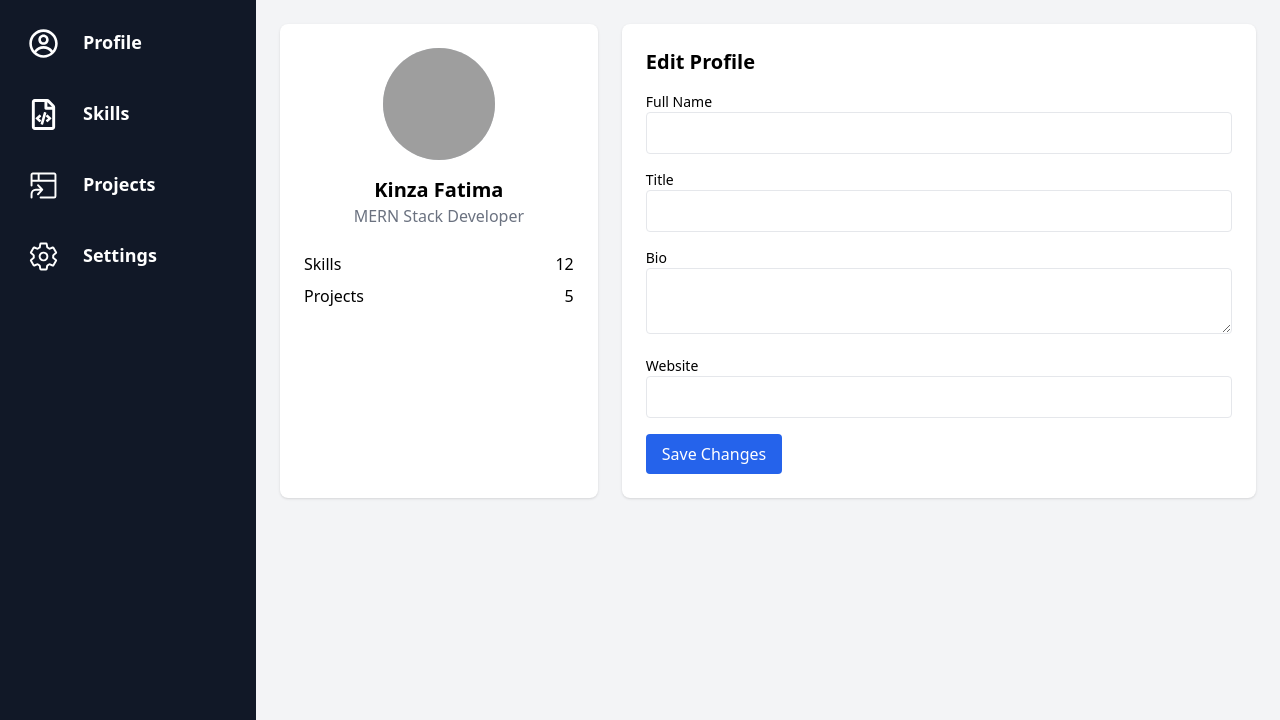
Repository: alizey12/DevLinker-Developer-Portfolio-Builder
Page: /dashboard/profile
These files come from the project's save history. The page is drawn as it stood at one moment and after a run of saves; the edit follows.
The browser window is 1280 px wide. The pictures show the whole page.
Pictures or frames that could not be fetched are drawn as grey boxes. The project was rebuilt for these pictures with package versions that can differ from the ones it lists, and the page was loaded fresh each time. Also part of the build but not shown: vite.config.js, src/Pages/Login.jsx, src/Pages/Signup.jsx, src/Pages/Portfolio.jsx, src/Pages/Page404.jsx, src/Pages/Dashboard/Skills.jsx, src/Pages/Dashboard/Project.jsx, src/Pages/Dashboard/Setting.jsx.

Above is the page before, as saved 2025-06-28 21:53:17.

### src/main.jsx
import { StrictMode } from 'react'

import { createRoot } from 'react-dom/client'
import './index.css'
import App from './App.jsx'
import { BrowserRouter } from 'react-router'

createRoot(document.getElementById('root')).render(
  <StrictMode>
  <BrowserRouter>
    <App />
    </BrowserRouter>
  </StrictMode>,
)

### src/App.jsx
import AppRoutes from "./Routes/AppRoutes";

function App() {
  return (
    <>
<AppRoutes />
    </>
  )
}

export default App

### src/Routes/AppRoutes.jsx
import React from 'react';
import { Routes, Route } from 'react-router';

import DashboardLayout from '../Components/Layout/DashboardLayout';
import Login from '../Pages/Login';
import Signup from '../Pages/Signup';
import Portfolio from '../Pages/Portfolio';
import Page404 from "../Pages/Page404";

import Profile from '../Pages/Dashboard/Profile';
import Skills from '../Pages/Dashboard/Skills';
import Projects from '../Pages/Dashboard/Project';
import Settings from '../Pages/Dashboard/Setting';

const AppRoutes = () => {
  return (
    <Routes>
      {/* Public Routes */}
      <Route path='/' element={<Login />} />
      <Route path='/signup' element={<Signup />} />
      <Route path='/portfolio/:username' element={<Portfolio />} />

      {/* Dashboard Routes */}
      <Route path='/dashboard' element={<DashboardLayout />}>
        <Route path="profile" element={<Profile />} />
        <Route path="skills" element={<Skills />} />
        <Route path="projects" element={<Projects />} />
        <Route path="settings" element={<Settings />} />
      </Route>

      {/* 404 Page */}
      <Route path='*' element={<Page404 />} />
    </Routes>
  );
};

export default AppRoutes;

### src/Components/Layout/DashboardLayout.jsx
import React from 'react'
import { Outlet } from 'react-router'
import Sidebar from '../Sidebar'

const DashboardLayout = () => {
  return (
    <div className="flex min-h-screen">
      {/* Sidebar on the left */}
      <Sidebar />

      {/* Main content */}
      <main className="flex-1 p-6 bg-gray-100">
        <Outlet />
      </main>
    </div>
  )
}

export default DashboardLayout

### src/Pages/Dashboard/Profile.jsx
import React, { useState } from 'react'



const Profile = () => {
  const [name, setName] = useState('');
  const [bio, setBio] = useState('');
  const [title, setTitle] = useState('');
  const [website, setWebsite] = useState('');
  const [savedProfile, setsavedProfile] = useState();

  function handleSubmit(e) {
    e.preventDefault()
    console.log(name,bio,title,website)
  }
  return (
    <div className="flex flex-col md:flex-row gap-6">
      {/* Left: Profile Card */}
      <div className="w-full md:w-1/3 bg-white p-6 rounded-lg shadow">
        <img
          src="https://static.vecteezy.com/system/resources/previews/036/473/336/original/ai-generated-asian-girl-as-a-modern-day-tech-entrepreneur-on-transparent-background-png.png"
          alt="Avatar"
          className="w-28 h-28 bg-gray-300 rounded-full mx-auto"
        />
        <h2 className="text-center text-xl font-semibold mt-4">Kinza Fatima</h2>
        <p className="text-center text-gray-500">MERN Stack Developer</p>

        {/* Stats */}
        <div className="mt-6 space-y-2">
          <div className="flex justify-between">
            <span>Skills</span>
            <span>12</span>
          </div>
          <div className="flex justify-between">
            <span>Projects</span>
            <span>5</span>
          </div>
        </div>
      </div>

      {/* Right: Edit Form */}
      <div className="w-full md:w-2/3 bg-white p-6 rounded-lg shadow">
        <h2 className="text-xl font-semibold mb-4">Edit Profile</h2>
        <form className="space-y-4">
          <div>
            <label className="block text-sm font-medium">Full Name</label>
            <input value={name} onChange={(e)=>setName(e.target.value)} type="text" className="w-full border p-2 rounded" />
          </div>
          <div>
            <label className="block text-sm font-medium">Title</label>
            <input value={title} onChange={(e)=>setTitle(e.target.value)} type="text" className="w-full border p-2 rounded" />
          </div>
          <div>
            <label className="block text-sm font-medium">Bio</label>
            <textarea value={bio} onChange={(e)=>setBio(e.target.value)} className="w-full border p-2 rounded"></textarea>
          </div>
          <div>
            <label className="block text-sm font-medium">Website</label>
            <input value={website} onChange={(e)=>setWebsite(e.target.value)} type="url" className="w-full border p-2 rounded" />
          </div>
          <button onClick={handleSubmit} className="bg-blue-600 text-white px-4 py-2 rounded">Save Changes</button>
        </form>
      </div>
    </div>
  )
}

export default Profile

### src/Components/Sidebar.jsx
import React from 'react'
import { NavLink } from 'react-router'
import { CgProfile } from "react-icons/cg";
import { FaRegFileCode } from "react-icons/fa";
import { GoProjectSymlink } from "react-icons/go";
import { IoSettingsOutline } from "react-icons/io5";

const Sidebar = () => {
  return (
    <div>
      <aside className="w-64 min-h-screen bg-gray-900 text-white p-4">
  <ul className="space-y-4">
    <li className='flex '><CgProfile className='p-3' size={55}/> <NavLink className='p-3 font-semibold text-lg' to="profile">Profile</NavLink></li>
    <li className='flex'><FaRegFileCode className='p-3' size={55}/> <NavLink className='p-3 font-semibold text-lg'  to="skills">Skills</NavLink></li>
    <li className='flex'><GoProjectSymlink  className='p-3' size={55}/> <NavLink className='p-3 font-semibold text-lg'  to="projects">Projects</NavLink> </li>
    <li className='flex'><IoSettingsOutline className='p-3' size={55} /> <NavLink className='p-3 font-semibold text-lg'  to="settings">Settings</NavLink></li>
  </ul>
</aside>

    </div>
  )
}

export default Sidebar

Loaded but not shown: index.html (common file); src/index.css (common file); tailwind.config.js (common file)

After the next 3 saves:
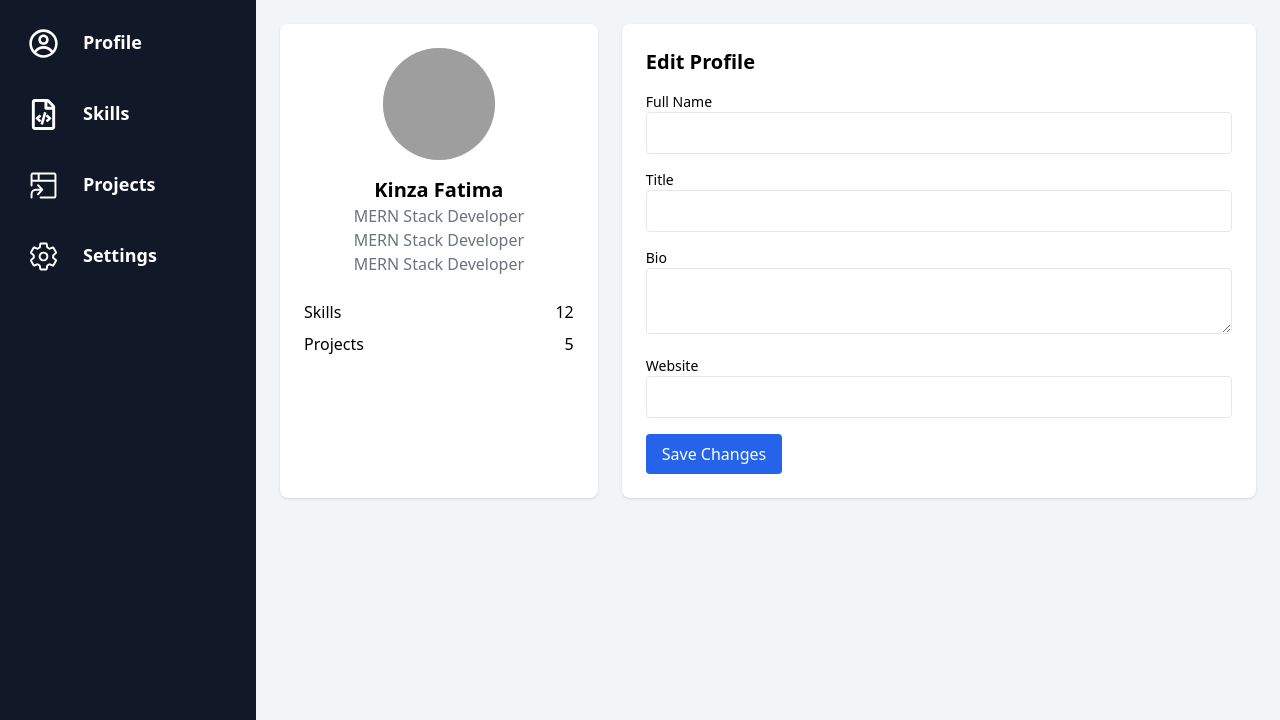
The 3 saves are shown as one change because they came seconds apart.
The last was saved 96 s later.
--- a/src/Pages/Dashboard/Profile.jsx
+++ b/src/Pages/Dashboard/Profile.jsx
@@ -24,6 +24,9 @@
         />
         <h2 className="text-center text-xl font-semibold mt-4">Kinza Fatima</h2>
         <p className="text-center text-gray-500">MERN Stack Developer</p>
+        <p className="text-center text-gray-500">MERN Stack Developer</p>
+        <p className="text-center text-gray-500">MERN Stack Developer</p>
+
 
         {/* Stats */}
         <div className="mt-6 space-y-2">

After the save that followed:
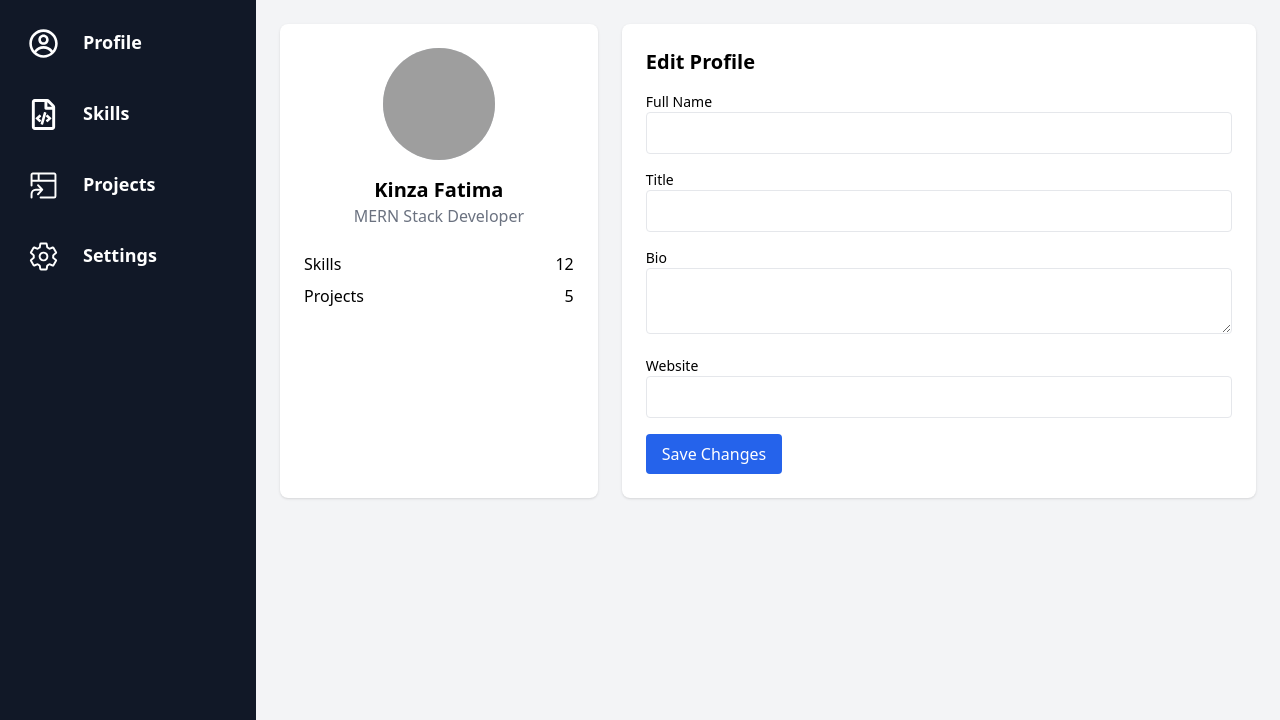
Saved 8 s later.
--- a/src/Pages/Dashboard/Profile.jsx
+++ b/src/Pages/Dashboard/Profile.jsx
@@ -24,8 +24,8 @@
         />
         <h2 className="text-center text-xl font-semibold mt-4">Kinza Fatima</h2>
         <p className="text-center text-gray-500">MERN Stack Developer</p>
-        <p className="text-center text-gray-500">MERN Stack Developer</p>
-        <p className="text-center text-gray-500">MERN Stack Developer</p>
+        <p className="text-center text-gray-500"></p>
+        <p className="text-center text-gray-500"></p>
 
 
         {/* Stats */}
